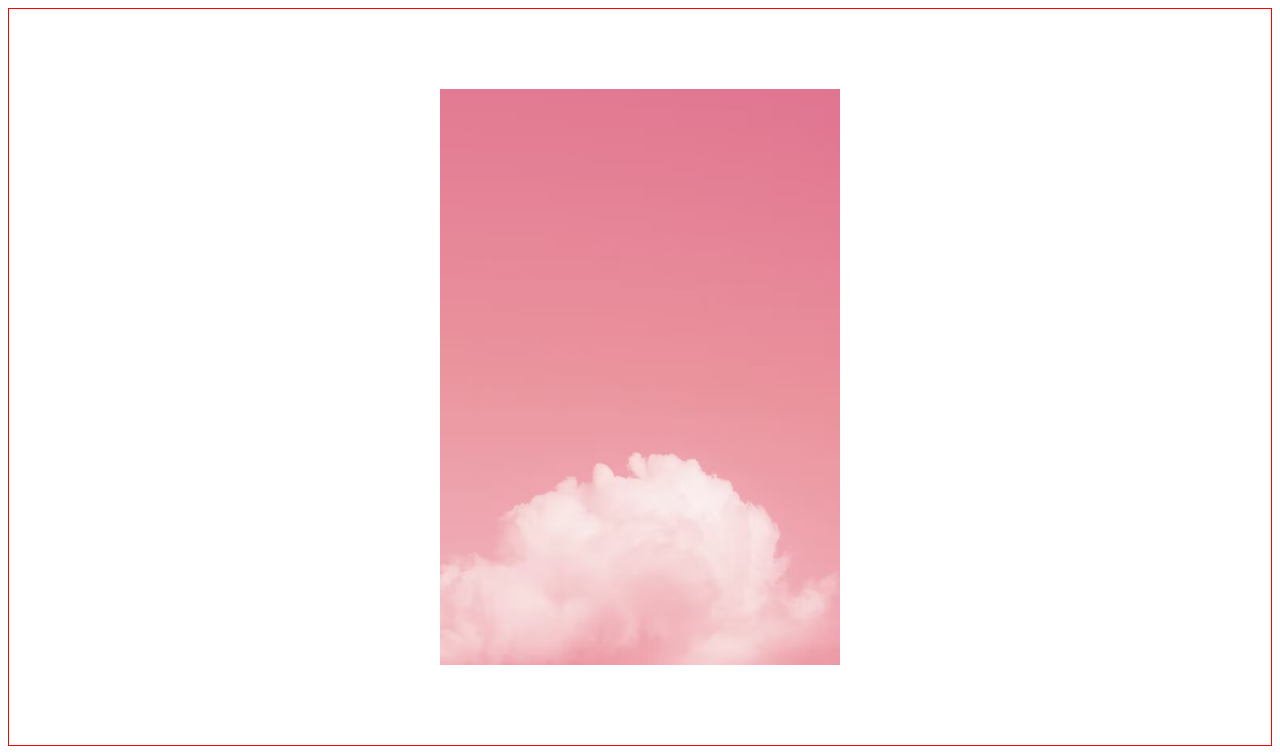
Repository: asya-aisa/grocery-list
Page: /
These files come from the project's save history. The page is drawn as it stood at one moment and after the next save; the edit follows.
The browser window is 1280 px wide. The pictures show the whole page.
The project was rebuilt for these pictures with package versions that can differ from the ones it lists, and the page was loaded fresh each time.

Above is the page before, as saved 2023-07-14 14:51:55.

After the next save:
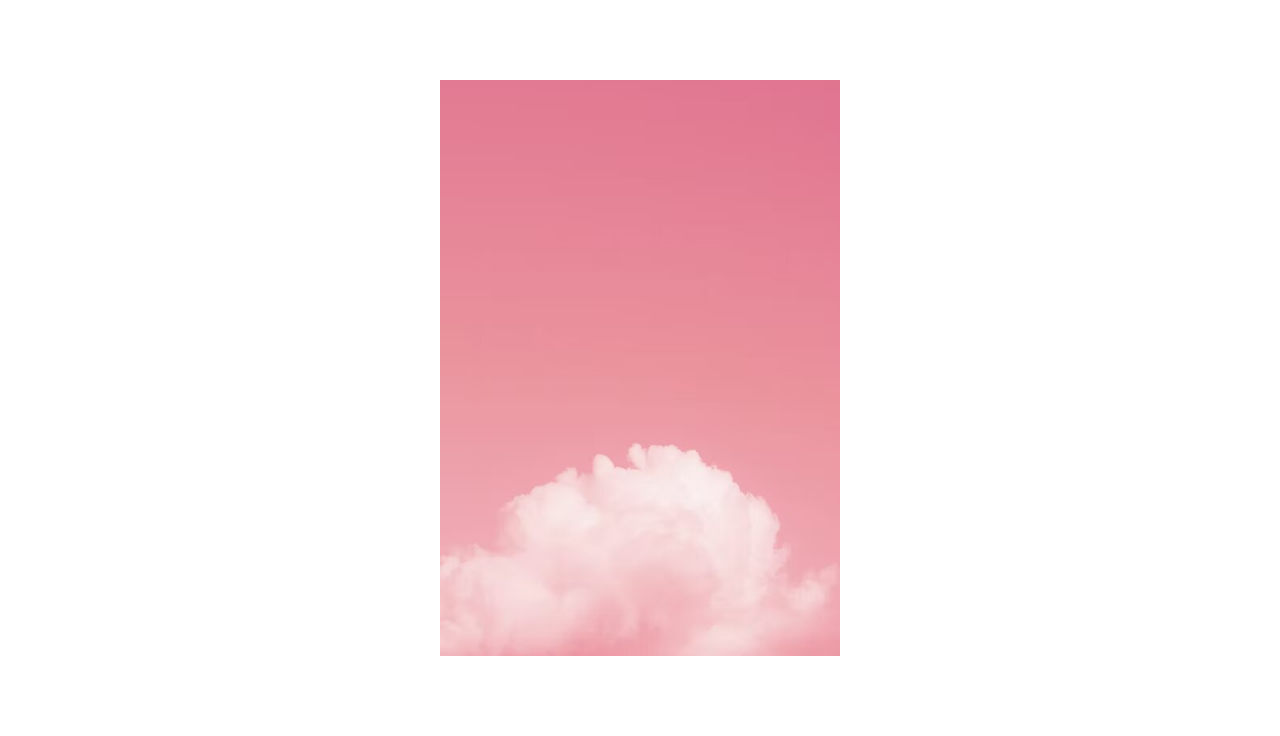
Saved 10 s later.
--- a/src/App.css
+++ b/src/App.css
@@ -8,6 +8,5 @@
   margin: 80px auto;
 }
 body {
-  border: 1px red solid;
 
 }
